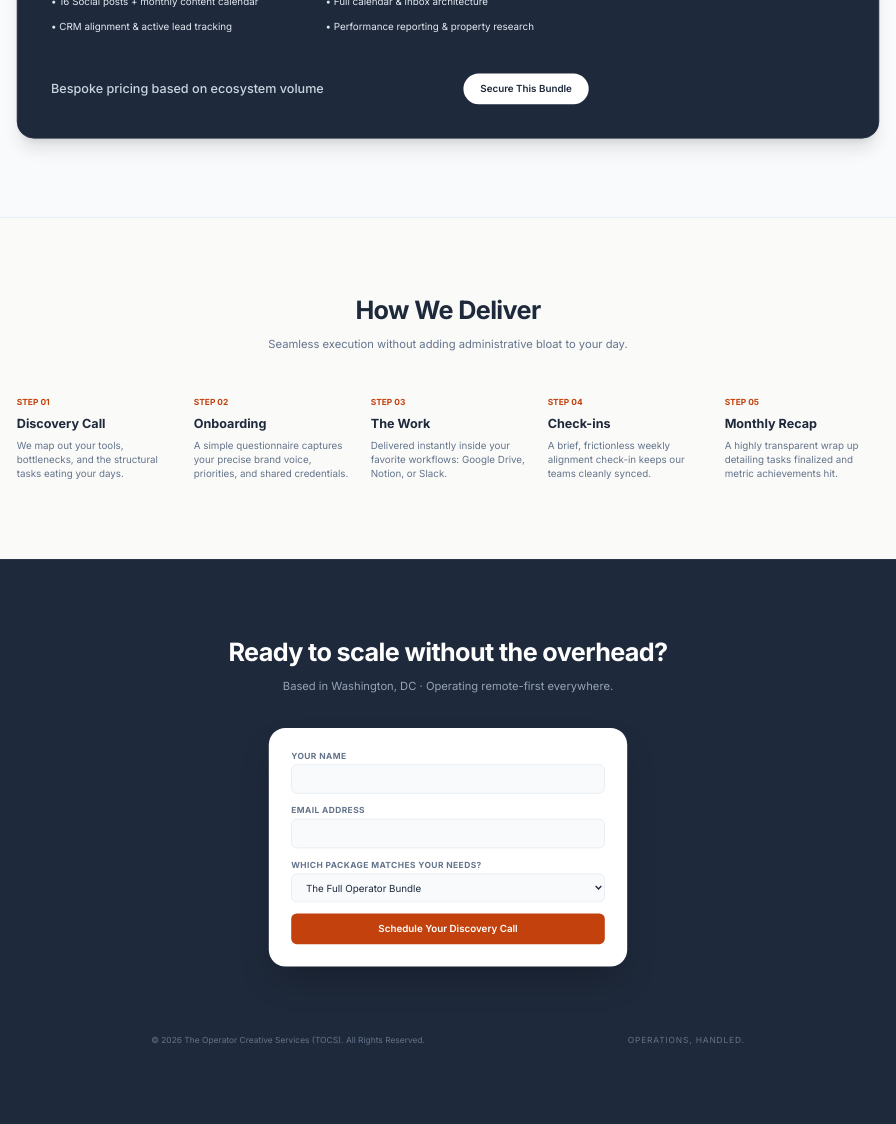
Repository: nokigbo21/theoperator
Page: index.html
The author's editor kept a copy of each file at every save. The page is drawn from the files as they stood at one save, then again after the next save.
The browser window is 1280 px wide. The pictures show the part of the page from y = 3477 to 5397 px (the page is 5083 px tall before and 5397 px after), at 70% of full size.
Some web libraries are served in a nearby version.

Above is the page before, as saved 2026-06-30 20:42:21.

After the next save:
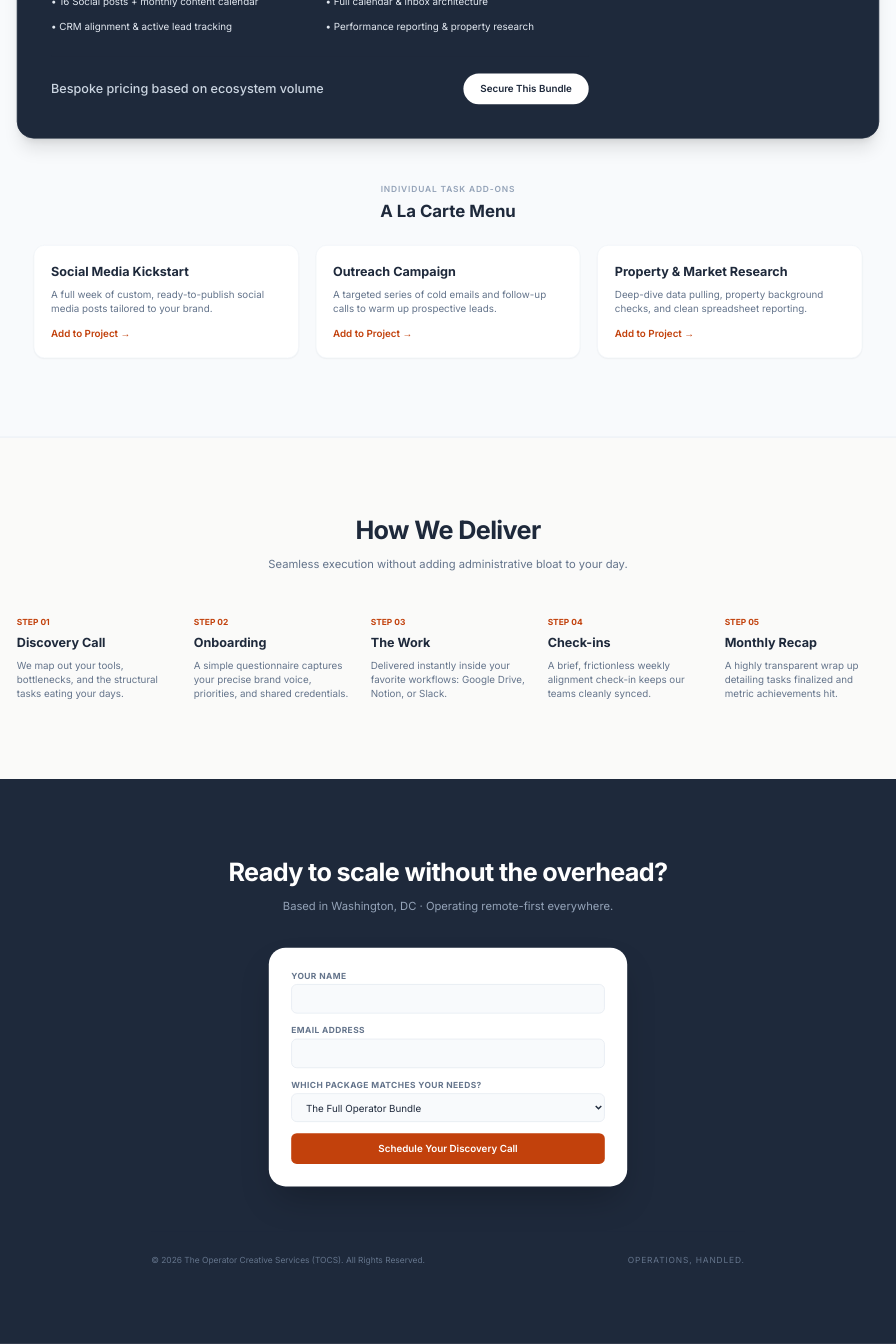
Saved 9 min 42 s later.
--- a/index.html
+++ b/index.html
@@ -237,6 +237,38 @@
                     </div>
                 </div>
             </div>
+            <div class="mt-16 mb-8 text-center">
+  <h3 class="text-xs uppercase tracking-widest text-slate-400 font-semibold">Individual Task Add-ons</h3>
+  <h2 class="text-2xl font-bold text-slateDark mt-2">A La Carte Menu</h2>
+</div>
+
+<div class="grid grid-cols-1 md:grid-cols-3 gap-6 max-w-7xl mx-auto px-6">
+
+  <div class="bg-white border border-slate-100 rounded-2xl p-6 shadow-sm flex flex-col justify-between">
+    <div>
+      <h4 class="font-bold text-lg text-slateDark mb-2">Social Media Kickstart</h4>
+      <p class="text-sm text-slateLight">A full week of custom, ready-to-publish social media posts tailored to your brand.</p>
+    </div>
+    <a href="#contact" class="text-sm font-semibold text-accentTerracotta mt-4 inline-flex items-center gap-1 hover:underline">Add to Project &rarr;</a>
+  </div>
+
+  <div class="bg-white border border-slate-100 rounded-2xl p-6 shadow-sm flex flex-col justify-between">
+    <div>
+      <h4 class="font-bold text-lg text-slateDark mb-2">Outreach Campaign</h4>
+      <p class="text-sm text-slateLight">A targeted series of cold emails and follow-up calls to warm up prospective leads.</p>
+    </div>
+    <a href="#contact" class="text-sm font-semibold text-accentTerracotta mt-4 inline-flex items-center gap-1 hover:underline">Add to Project &rarr;</a>
+  </div>
+
+  <div class="bg-white border border-slate-100 rounded-2xl p-6 shadow-sm flex flex-col justify-between">
+    <div>
+      <h4 class="font-bold text-lg text-slateDark mb-2">Property & Market Research</h4>
+      <p class="text-sm text-slateLight">Deep-dive data pulling, property background checks, and clean spreadsheet reporting.</p>
+    </div>
+    <a href="#contact" class="text-sm font-semibold text-accentTerracotta mt-4 inline-flex items-center gap-1 hover:underline">Add to Project &rarr;</a>
+  </div>
+
+</div>
         </div>
     </section>
 
